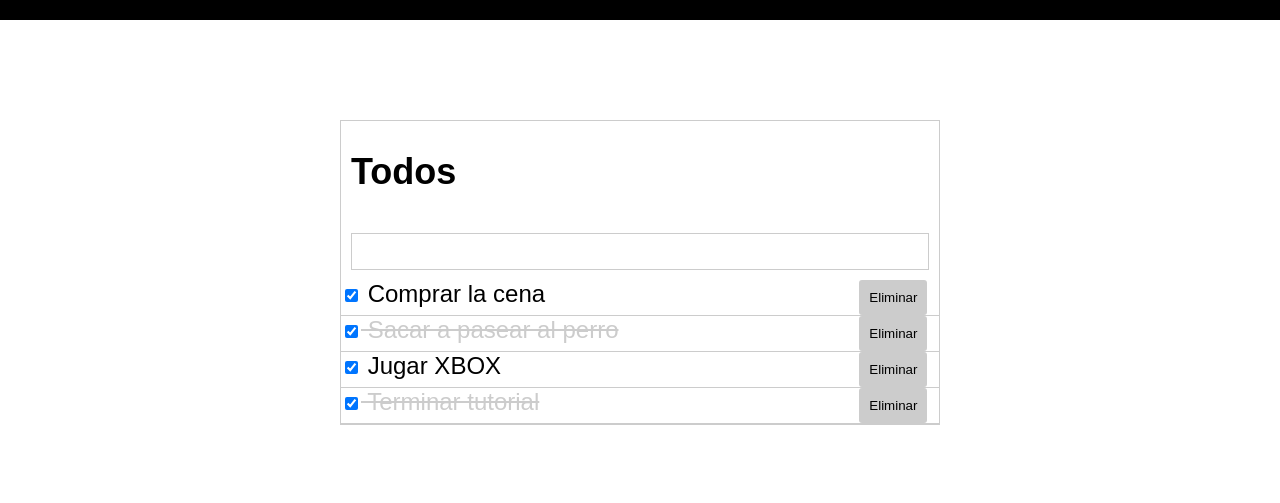
Repository: MauriVaz/Primer-app-con-Vue
Page: /
The author's editor kept a copy of each file at every save. The page is drawn from the files as they stood at one save, then again after the next save.
The browser window is 1280 px wide. The pictures show the whole page.
The project was rebuilt for these pictures with package versions that can differ from the ones it lists, and the page was loaded fresh each time. Also part of the build but not shown: vue.config.js.

Above is the page before, as saved 2022-12-13 04:54:14.

### public/index.html
<!DOCTYPE html>
<html lang="">
  <head>
    <meta charset="utf-8">
    <meta http-equiv="X-UA-Compatible" content="IE=edge">
    <meta name="viewport" content="width=device-width,initial-scale=1.0">
    <link rel="icon" href="<%= BASE_URL %>favicon.ico">
    <title><%= htmlWebpackPlugin.options.title %></title>
  </head>
  <body>
    <noscript>
      <strong>Por favor activa Javascript</strong>
    </noscript>
    <div id="app"></div>
    <!-- built files will be auto injected -->
  </body>
</html>

### src/App.vue
<template>
  <div id="header">
    <Search/>
  </div>
  <div id="main-container">
    <h2>Todos</h2>
    <TodoAdd v-on:add-todo="addTodo" />
    <Todos v-bind:todoslist="copyTodos" v-on:delete-todo="deleteTodo"/>
  </div>
</template>

<script>
// import HelloWorld from './components/HelloWorld.vue'
import Search from './components/Search.vue';
import TodoAdd from "./components/TodoAdd.vue"
import Todos from './components/Todos';

export default {
  name: 'App',
  components: {
    Todos,TodoAdd,Search,
  },methods:{
    deleteTodo(id){
      this.todos=this.todos.filter(todo=>todo.id != id);
      this.copyTodos=[...this.todos]
    },
    addTodo(todo){
      this.todos.push(todo);
      this.copyTodos=[...this.todos]
    }
  },
  data(){
    return{
      todos:[
        {
          id:0,
          title:"Comprar la cena",
          completed:false
        },{
          id:1,
          title:"Sacar a pasear al perro",
          completed:true
        },{
          id:2,
          title:"Jugar XBOX",
          completed:false
        },
        {
          id:3,
          title:"Terminar tutorial",
          completed:true
        }
      ],
      copyTodos:[]
    }
  },
  created(){
    this.copyTodos=[...this.todos]
  }
}
</script>

<style>
*{
  box-sizing: border-box;
}

body{
  font-family: Arial, Helvetica, sans-serif;
  font-size: 1.5em;
  padding: 0;
  margin: 0;
 }
 #main-container{
   border: solid 1px #ccc;
   width: 600px;
   margin: 100px auto;
  }
  #header{
  background:black;
  padding: 10px;
}
h2{
   padding: 0 10px;
 }

</style>

### src/components/Search.vue
<template>
    <div></div>
</template>

<script>
export default {
    // eslint-disable-next-line vue/multi-word-component-names
    name:'Search'
}
</script>

<style scoped>

</style>

### src/components/TodoAdd.vue
<template>
    <div id="add-container" >
        <form @submit="addTodo">
            <input type="text" v-model="title" />
        </form>
    </div>
</template>

<script>
import  {uuid} from "vue-uuid"
export default {
    name:'TodoAdd',
    data(){
        return  {
            title:""
        }
    },
    methods:{
        addTodo(e){
            e.preventDefault();

            const newTodo={
                id:uuid.v4(),
                title:this.title,
                completed:false
            };
            this.title="";
            this.$emit('add-todo',newTodo)
        }
    }
}
</script>

<style scoped>
    #add-container{
        padding: 10px;
    }
    input{
        padding:10px;
        outline:none;
        border:solid 1px #ccc;
        width:100%;
    }
</style>

### src/components/Todos.vue
<template>
    <div class="container">
        <div v-bind:key="todo.id" v-for="todo in todoslist">
            <TodoItem v-bind:todo="todo"  v-on:delete-todo="$emit('delete-todo',todo.id)" />
        </div>
    </div>
</template>

<script>
import TodoItem from './TodoItem.vue';

export default{
    // eslint-disable-next-line vue/multi-word-component-names
    name: "Todos",
    props: ["todoslist"],
    components: { TodoItem }
}
</script>

<style>
</style>

### src/components/TodoItem.vue
<template>
    <div class="todo" v-bind:class="{completed:todo.completed}" >
        <div v-bind:class="{completed:todo.completed}" class="todo-body">
            <input type="checkbox"
            v-bind:checked="todo.completed ? 'checked' : ''"
            v-on:change="checkTodo" />
            {{todo.title}}
        </div>
        <div class="todo-actions">
            <button @click="$emit('delete-todo',todo.id)" >Eliminar</button>
        </div>
    </div>
</template>

<script>
    export default {
        name:"TodoItem",
        props:['todo'],
        methods: {
            checkTodo(){
                // eslint-disable-next-line vue/no-mutating-props
                this.todo.completed = !this.todo.completed
        }
    }
}
</script>

<style scoped>
    .todo{
        border-bottom:solid 1px #ccc
    }

    .todo:not(.completed):hover{
        background-color: #eee;
    }

    .completed{
        color:#ccc;
        text-decoration: line-through;
    }

    .completed .todo-body{
        text-decoration: line-through;
    }

    .todo-body, .todo-actions{
        display: inline-block;
        vertical-align: top;
    }

    .todo-body{
        width: 85%;
    }

    .todo-actions{
        padding: 0 10px;
        width: 10%;
    }

    button{
        border: none;
        border-radius: 3px;
        padding: 10px;
        background-color: #ccc;
        color:black
    }

    button:hover{
        background-color: #da2020;
        color:white
    }


</style>

Loaded but not shown: src/main.js (common file)

After the next save:
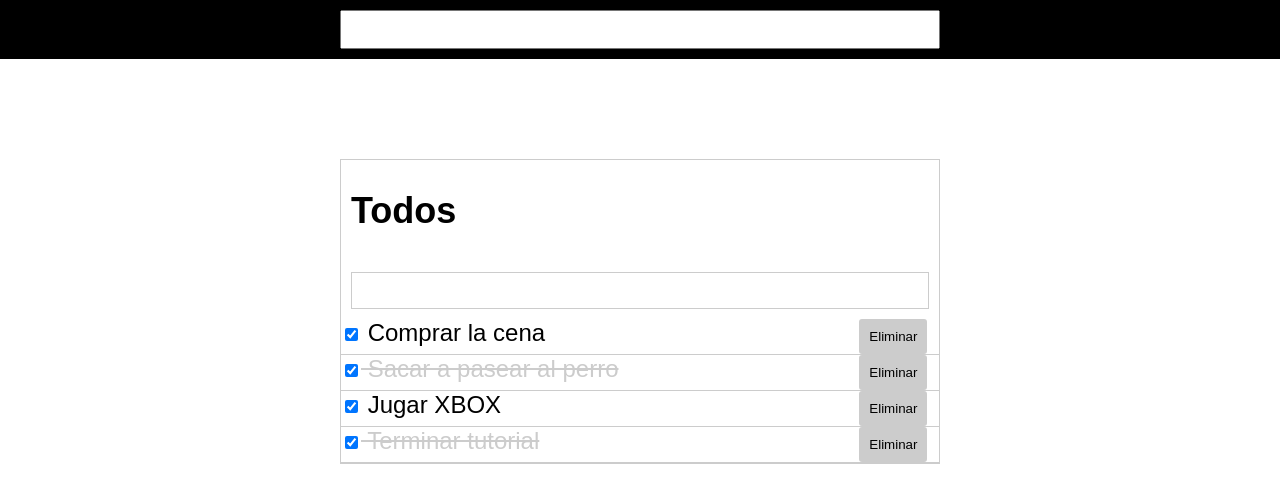
Saved 2 min 6 s later.
--- a/src/components/Search.vue
+++ b/src/components/Search.vue
@@ -1,5 +1,7 @@
 <template>
-    <div></div>
+    <div id="search-container">
+        <input type="text" />
+    </div>
 </template>
 
 <script>
@@ -10,5 +12,14 @@ export default {
 </script>
 
 <style scoped>
+    #search-container{
+        width: 600px;
+        margin: 0 auto;
+    }
 
+    input{
+        padding: 10px;
+        width:100%;
+        outline: none;
+    }
 </style>
